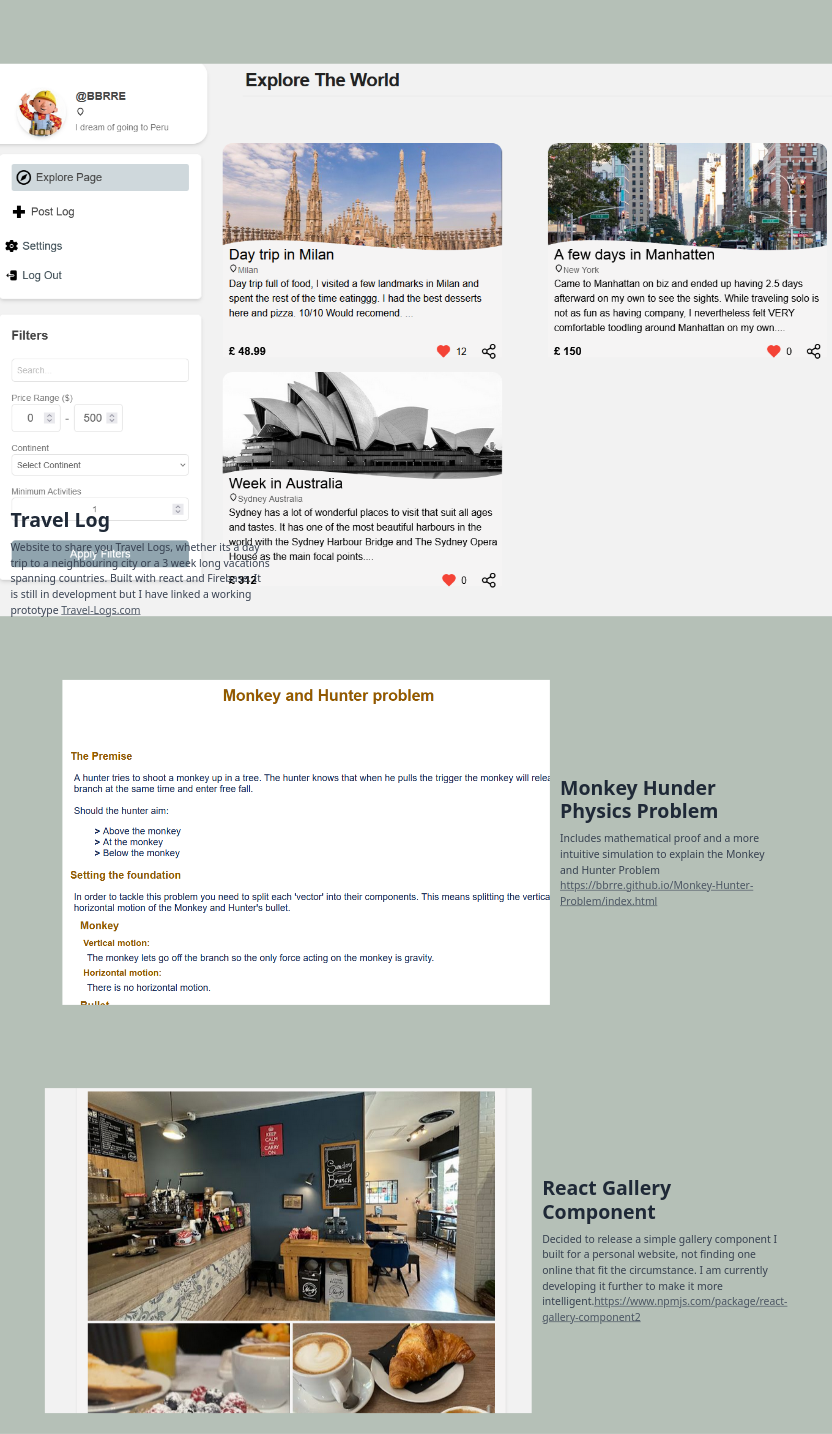
Repository: BBRRE/Portfolio-V2
Page: /#/Computer-Sci
An editor plug-in stored every save of this project. The page is shown before and after the next save, followed by the edit.
The browser window is 1280 px wide. The pictures show the whole page, at 65% of full size.
Some web fonts or font styles are not loaded; a fallback is used. The project was rebuilt for these pictures with package versions that can differ from the ones it lists, and the page was loaded fresh each time. Also part of the build but not shown: vite.config.js, src/Subjects/Archi.jsx, src/Subjects/EEng.jsx, src/Subjects/Other.jsx, src/Projects Overview.jsx, src/HomePage.jsx, src/ErrorBoundary.jsx.

Above is the page before, as saved 2024-11-29 09:00:02.

After the next save:
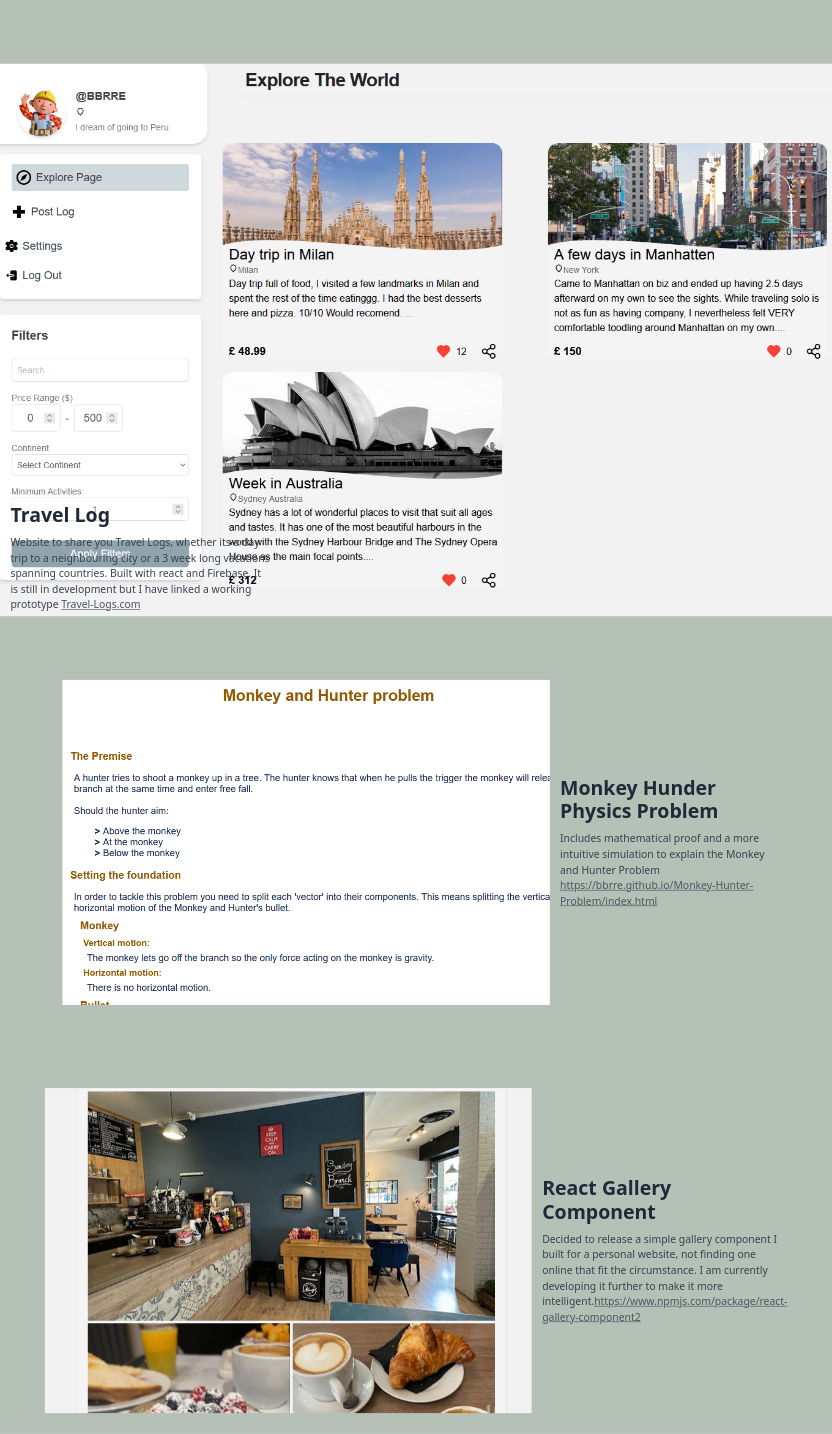
Saved 5 s later.
--- a/src/Subjects/CompSci.jsx
+++ b/src/Subjects/CompSci.jsx
@@ -8,7 +8,7 @@ const CompSci = () => {
     <div className='bg-[#B5C0B7] w-full h-auto min-h-screen grid grid-cols-1'>
       <div className='relative flex md:flex-row flex-col justify-center align-middle mx-auto mt-24'>
         <img src={cs} />
-        <div className="absolute left-0 bottom-0 flex flex-col ml-4 gap-3 justify-center">
+        <div className="absolute left-0 bottom-2 flex flex-col ml-4 gap-3 justify-center">
           <h2 className=" text-left text-xl md:text-2xl lg:text-3xl font-semibold text-gray-800">
             Travel Log
           </h2>
